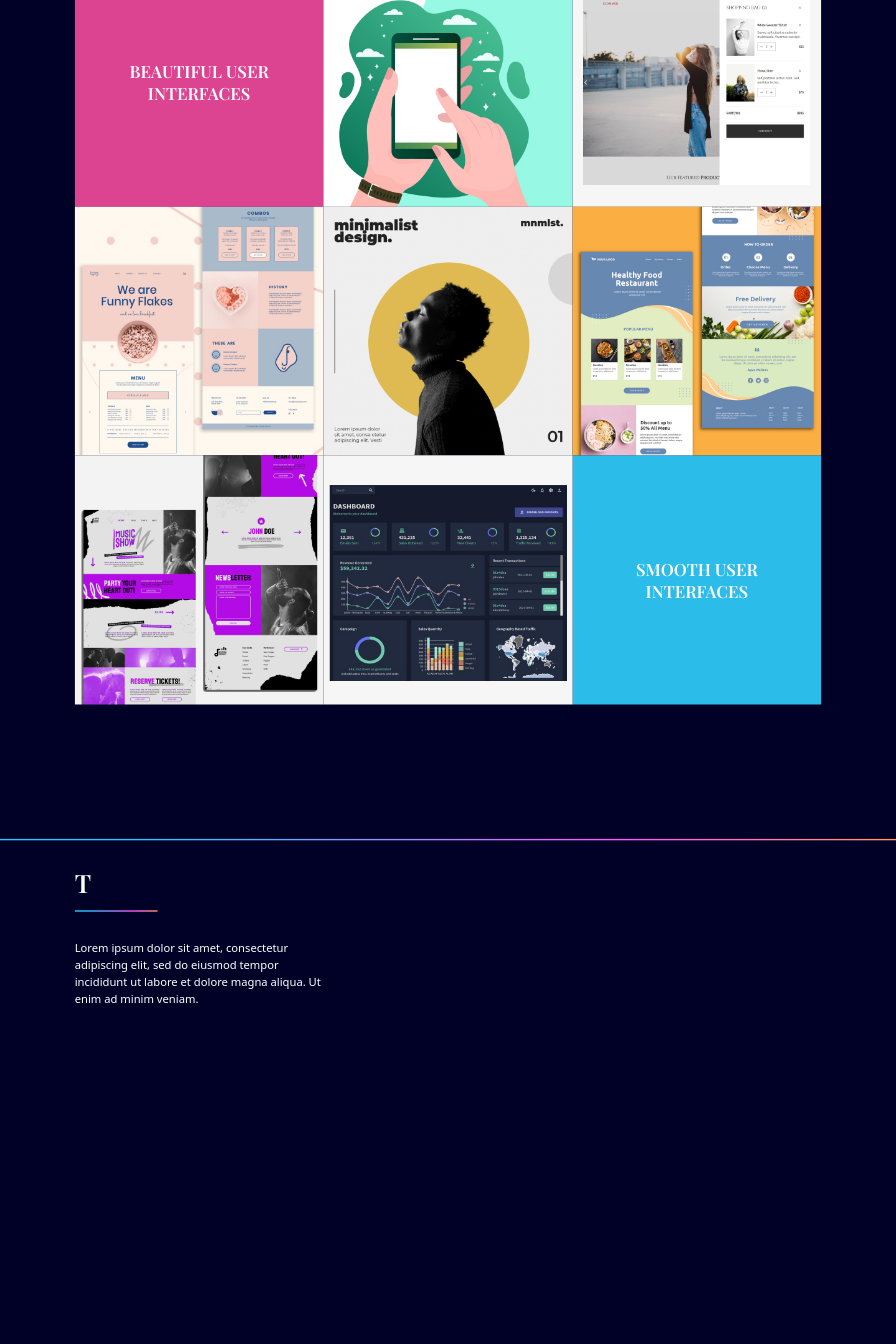
Repository: thibaultNicolas/portfolio-react
Page: /
These files come from the project's save history. The page is drawn as it stood at one moment and after the next save; the edit follows.
The browser window is 1280 px wide. The pictures show the part of the page from y = 2039 to 3959 px (the page is 3959 px tall), at 70% of full size.
The project was rebuilt for these pictures with package versions that can differ from the ones it lists, and the page was loaded fresh each time. Also part of the build but not shown: next.config.ts.

Above is the page before, as saved 2023-01-08 11:58:17.

After the next save:
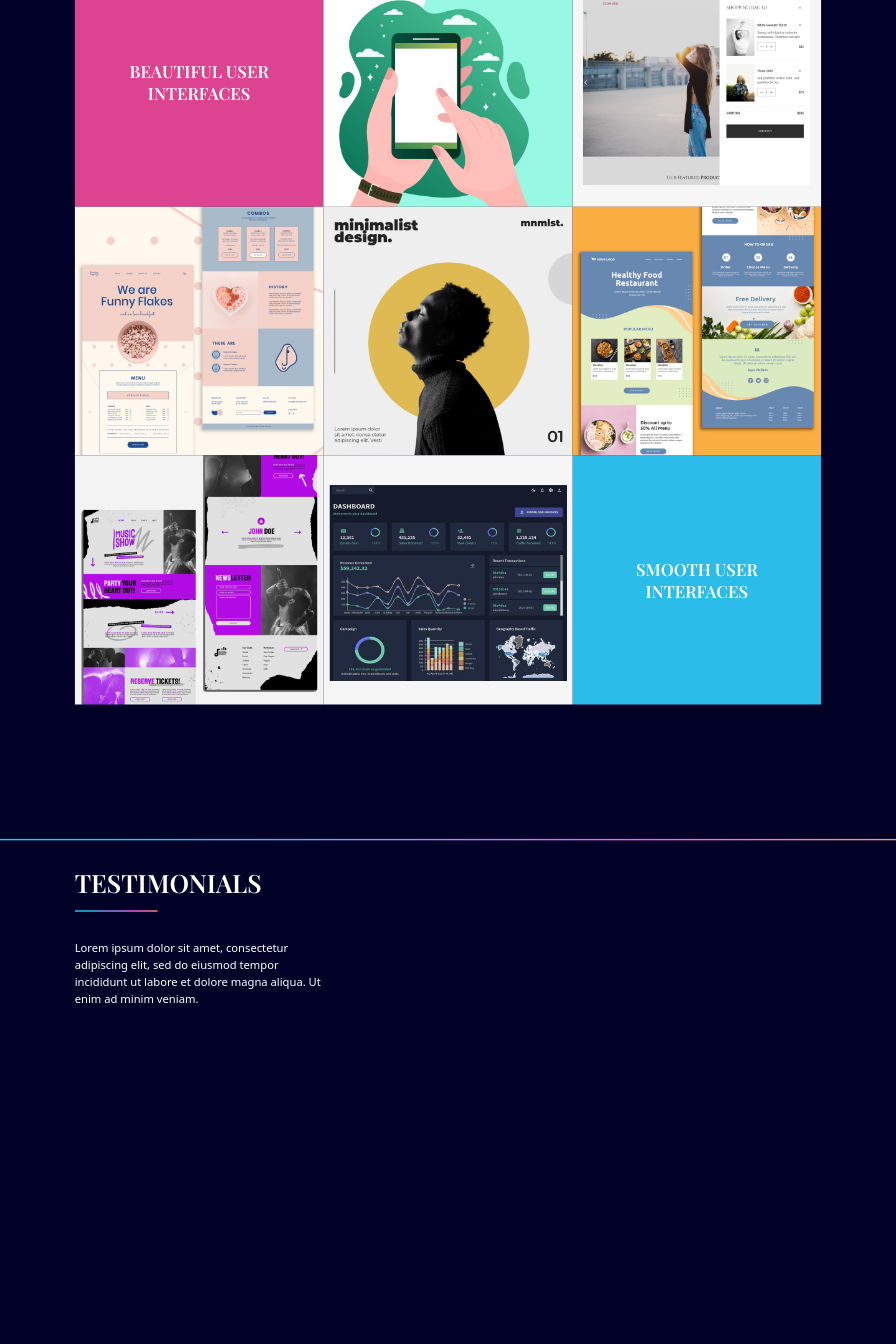
Saved 6 s later.
--- a/src/scenes/Testimonials.jsx
+++ b/src/scenes/Testimonials.jsx
@@ -21,7 +21,7 @@ const Testimonials = () => {
                     }}
                 >
                     <p className="font-playfair font-semibold text-4xl mb-5">
-                        T
+                        TESTIMONIALS
                     </p>
                     <LineGradient width="w-1/3" />
                     <p className="mt-10 mb-7">
